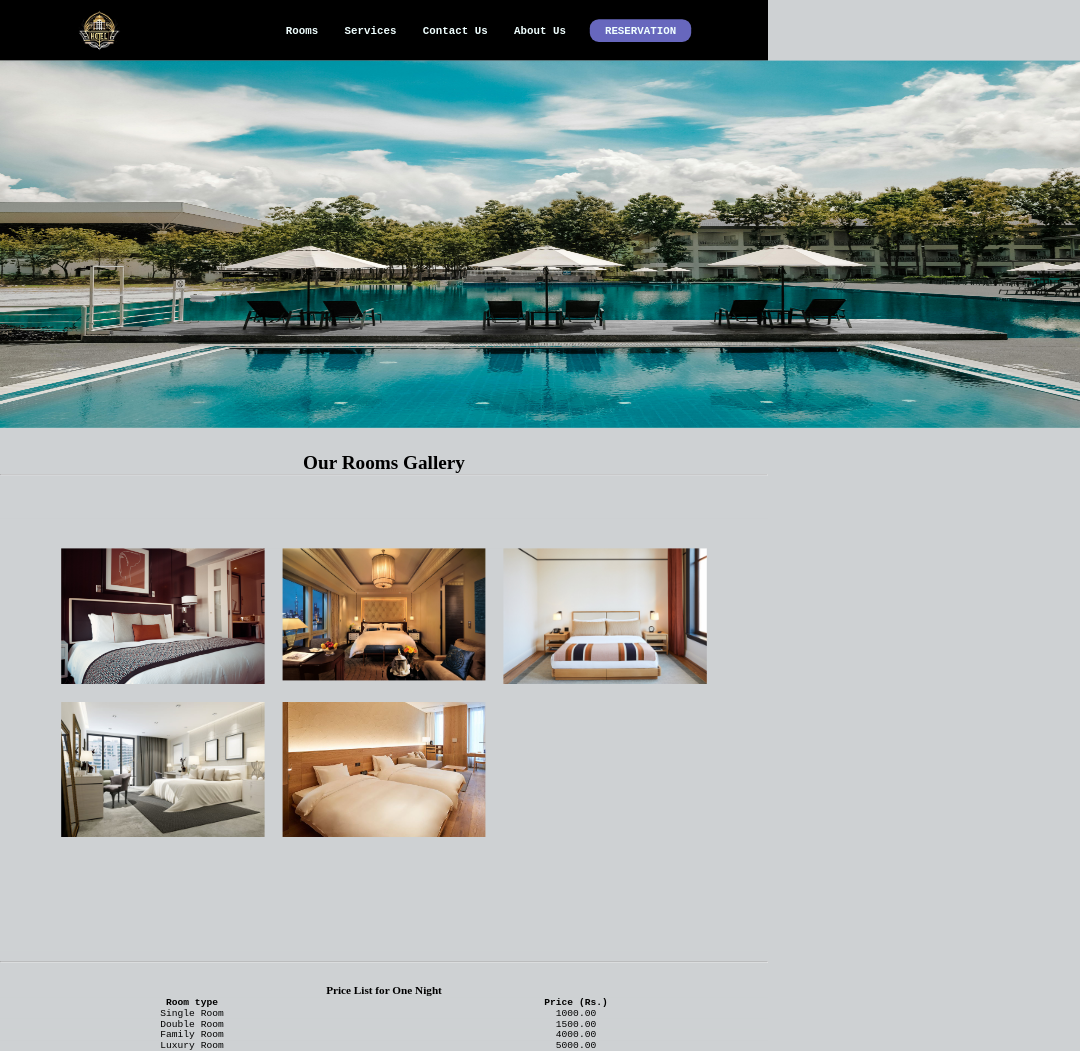
Repository: DhananjayaLakshan/Uom-Web_Design_For_Beginners
Page: Final Assignment/index.html
The author's editor kept a copy of each file at every save. The page is drawn from the files as they stood at one save, then again after the next save.
The browser window is 1280 px wide. The page is 1800 px wide, so the pictures cover 1800 px, including what lies to the right of the window. The pictures show the whole page, at 60% of full size.

Above is the page before, as saved 2023-11-29 14:59:26.

### Final Assignment/index.html
<!DOCTYPE html>
<html lang="en">

<head>
    <meta charset="UTF-8">
    <meta name="viewport" content="width=device-width, initial-scale=1.0">
    <title>Ceylon Hotel</title>

    <link rel="stylesheet" href="style.css">
    <script src="script.js"></script>
</head>

<body>

    <header>
        <img class="logo" src="img/logo.png" alt="logo">

        <nav>
            <ul class="navBar">
                <li>
                    <a href="#"> Rooms</a>
                </li>

                <li>
                    <a href="#"> Services</a>
                </li>

                <li>
                    <a href="#"> Contact Us</a>
                </li>

                <li>
                    <a href="#"> About Us</a>
                </li>
            </ul>
        </nav>

        <a class="button" href="#"> <button>RESERVATION</button> </a>
    </header>

    <img class="coverImg" src="img/hotel-cover.jpg" alt="cover">

    <br><br><br>

    <h1 style="text-align: center;">Our Rooms Gallery</h1>
    <hr><br><br><br><br>

    <div class="container">

        <div class="gallery">
            <img src="img/room1.jpeg" alt="room1">
            <img src="img/room2.jpg" alt="room2">
            <img src="img/room3.jpg" alt="room3">
            <img src="img/room4.jpg" alt="room4">
            <img src="img/room5.jpg" alt="room5">
        </div>

    </div>
    <br>
    <hr><br><br>

    <h3 style="text-align: center;">Price List for One Night</h3>

    <table>

        <tr>
            <th>Room type</th>
            <th>Price (Rs.)</th>
        </tr>

        <tr>
            <td>Single Room</td>
            <td>1000.00</td>

        </tr>

        <tr>
            <td>Double Room</td>
            <td>1500.00</td>

        </tr>

        <tr>
            <td>Family Room</td>
            <td>4000.00</td>
        </tr>


        <tr>
            <td>Luxury Room</td>
            <td>5000.00</td>
        </tr>

    </table>



</body>

</html>

### Final Assignment/style.css
*{
    box-sizing: border-box;
    padding: 0;
    margin: 0;
    background-color: rgb(206, 209, 211);
}

li,a, button{
    font-family: 'Courier New', Courier, monospace;
    font-weight: 600;
    font-size: 18px;
    text-decoration: none;
    color: azure;
}

header{
    display: flex;
    justify-content: flex-end;
    align-items: center;
    padding: 13px 10%;
    background-color:black;

}

.logo{
    width: 75px;
    height: 75px;
    cursor: pointer;
    margin-right: auto;
    background-color: black;
}

.navBar{
    list-style: none;
    background-color: black;
}

.navBar li{
    display: inline-block;
    padding: 0px 20px;
    background-color:black;
}

.navBar li a {
    transition: all 0.3s ease 0s;
    background-color:black;
}

.navBar li a:hover{
    color: red;
}

button{
    padding: 9px 25px;
    background-color:rgb(103, 103, 189);
    border: none;
    border-radius: 15px;
    cursor:pointer;
    transition: all 0.3s ease 0s;
    margin-left: 20px;
}

button:hover{
    background-color: rgb(56, 39, 161);
}

.button{
background-color:black;
}


.cover{
    width: 100px;
    max-height: 500px;
}

.coverImg{
    width: 250vh;
    height: 85vh;
}

.container{
    width: 100%;
    min-height: 100vh;
    align-items:center;
    justify-content: center;
    padding: 50px 8%;
}

.gallery{
    display: grid;
    grid-template-columns: repeat(auto-fit,minmax(250px, 1fr));
    grid-gap: 30px;
}

.gallery img{
    width: 100%;
    transition: all 0.3s ease 0s;
}

.gallery img:hover{
    border: 5px solid blue;
}

table{
    width: 100%;
    font-family: 'Courier New', Courier, monospace;
    border-collapse: collapse;
}

table td,th{
    text-align: center;
}

Loaded but not shown: Final Assignment/script.js (no stored copy; drawn as an empty file)

After the next save:
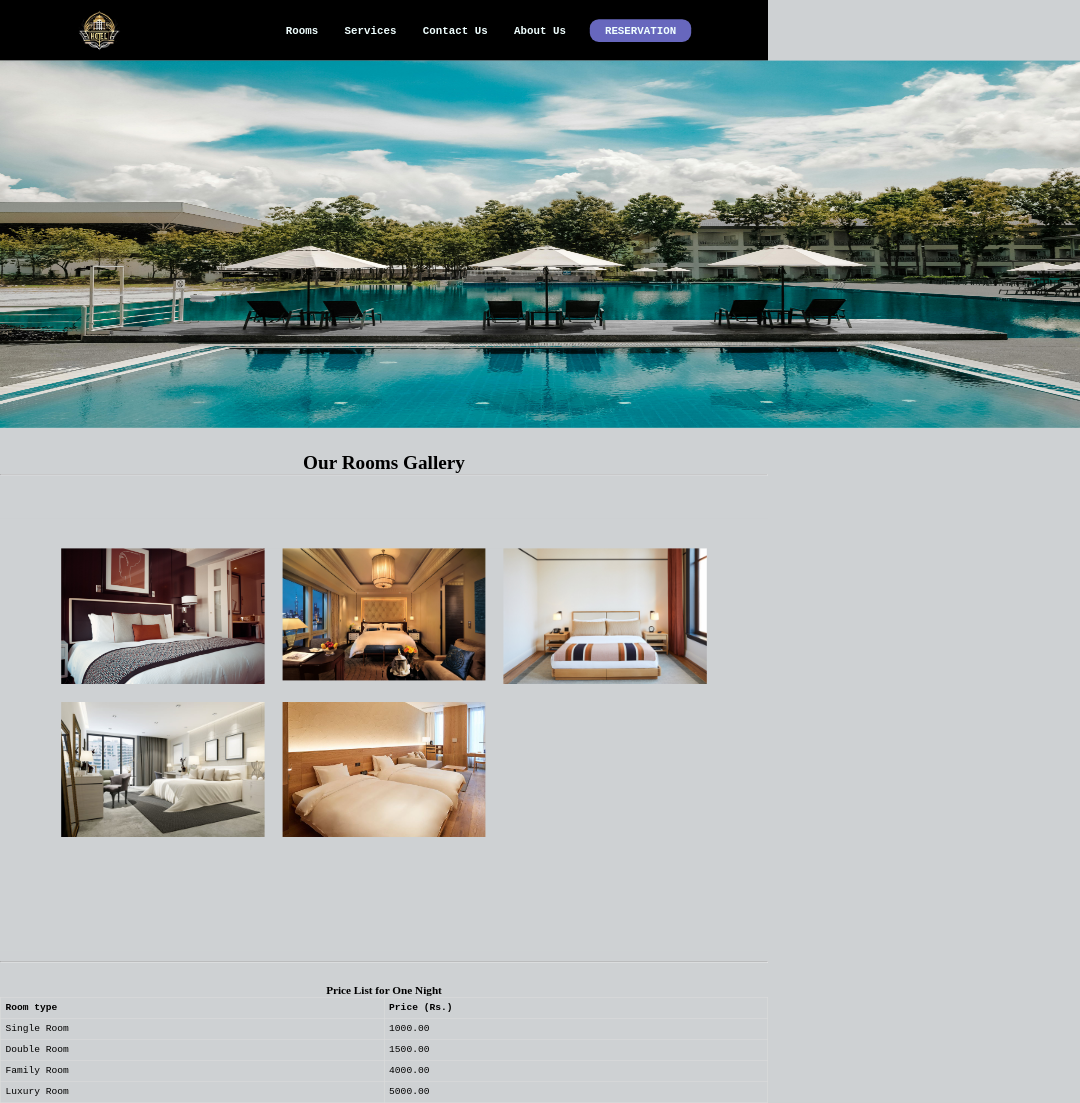
Saved 21 s later.
--- a/Final Assignment/style.css
+++ b/Final Assignment/style.css
@@ -108,6 +108,8 @@ table{
     border-collapse: collapse;
 }
 
-table td,th{
-    text-align: center;
-}
+td, th {
+    border: 1px solid #dddddd;
+    text-align: left;
+    padding: 8px;
+  }
